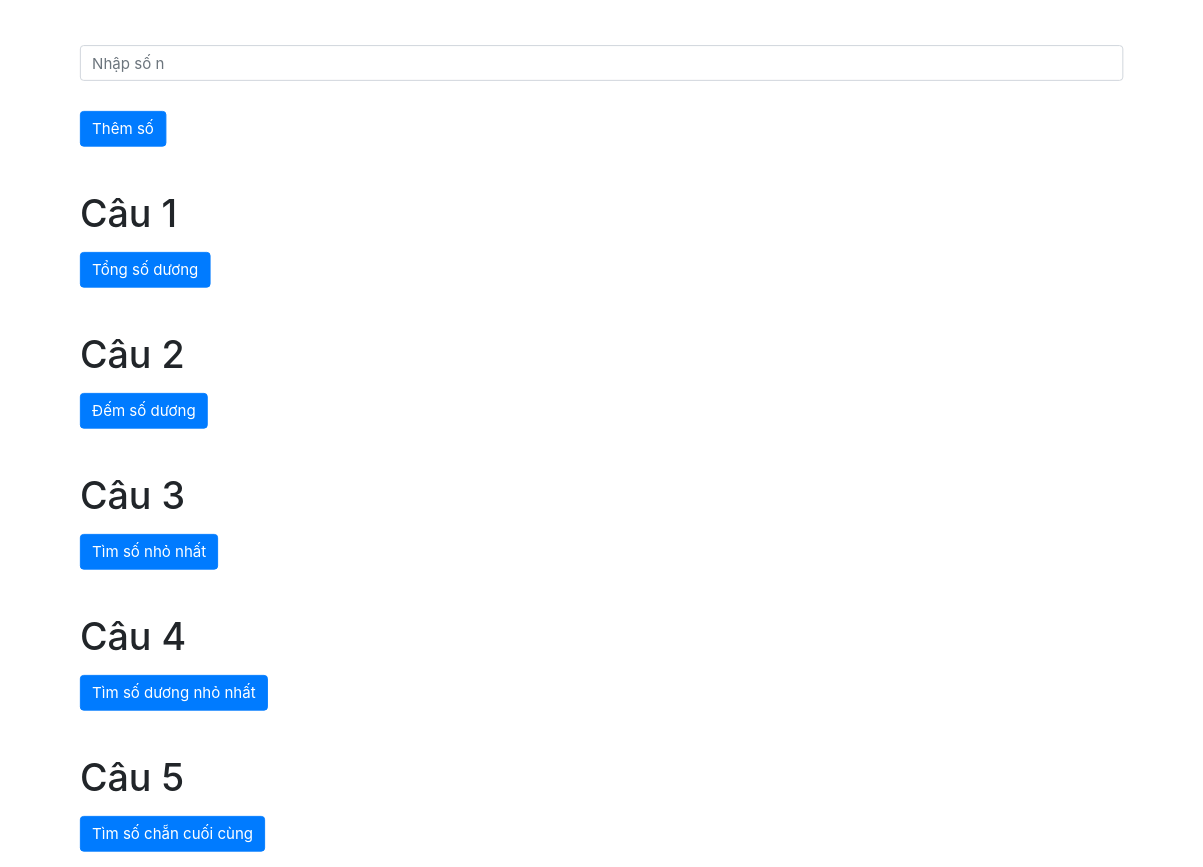
Repository: thanhfrankie/BC10-LeMinhThanh-Js-b7-8
Page: index.html
The author's editor kept a copy of each file at every save. The page is drawn from the files as they stood at one save, then again after the next save.
The browser window is 1280 px wide. The pictures show the whole page, at 94% of full size.

Above is the page before, as saved 2023-12-27 22:37:44.

### index.html
<!doctype html>
<html lang="en">
  <head>
    <title>Title</title>
    <!-- Required meta tags -->
    <meta charset="utf-8">
    <meta name="viewport" content="width=device-width, initial-scale=1, shrink-to-fit=no">

    <!-- Bootstrap CSS -->
    <link rel="stylesheet" href="https://cdn.jsdelivr.net/npm/bootstrap@4.6.2/dist/css/bootstrap.min.css" integrity="sha384-xOolHFLEh07PJGoPkLv1IbcEPTNtaed2xpHsD9ESMhqIYd0nLMwNLD69Npy4HI+N" crossorigin="anonymous">

  </head>
  <body>
    <div class="container mt-4">
        <div class="form-group">
            <label for="nhap-so-n"></label>
            <input
              type="number"
              class="form-control"
              name=""
              id="nhap-so-n"
              aria-describedby="helpId"
              placeholder="Nhập số n"
              required
            />
          </div>
        <button
        type="button"
        onclick="themSo()"
        class="btn btn-primary mt-3"
        id="ket-qua-tuyen-sinh"
      >
        Thêm số
      </button>
      <!-- Câu 1 -->
      <h1 class="mt-5">Câu 1</h1>
        <p class="mt-3">
            <button class="btn btn-primary" type="button" data-toggle="collapse" data-target="#cau1" aria-expanded="false"
                    aria-controls="contentId">
                Tổng số dương
            </button>
          </p>
          <div class="collapse" id="cau1">

            <div class="btn btn-danger" onclick="tinhTong()">Tính tổng</div>
            <h2 id="tong-so-duong"></h2>
          </div>
          <!-- Câu 2 -->
          <h1 class="mt-5">Câu 2</h1>
          <p class="mt-3">
              <button class="btn btn-primary" type="button" data-toggle="collapse" data-target="#cau2" aria-expanded="false"
                      aria-controls="contentId">
                  Đếm số dương
              </button>
            </p>
            <div class="collapse" id="cau2">

              <div class="btn btn-danger" onclick="demSoDuong()">Đếm số</div>
              <h2 id="dem-so-duong"></h2>
            </div>
        <!-- Câu 3 -->
        <h1 class="mt-5">Câu 3</h1>
        <p class="mt-3">
            <button class="btn btn-primary" type="button" data-toggle="collapse" data-target="#cau3" aria-expanded="false"
                    aria-controls="contentId">
                Tìm số nhỏ nhất
            </button>
          </p>
          <div class="collapse" id="cau3">

            <div class="btn btn-danger" onclick="soNhoNhat()">Tìm số nhỏ nhất</div>
            <h2 id="so-nho-nhat"></h2>
          </div>
          <!-- Câu 4 -->
          <h1 class="mt-5">Câu 4</h1>
        <p class="mt-3">
            <button class="btn btn-primary" type="button" data-toggle="collapse" data-target="#cau4" aria-expanded="false"
                    aria-controls="contentId">
                Tìm số dương nhỏ nhất
            </button>
          </p>
          <div class="collapse" id="cau4">

            <div class="btn btn-danger" onclick="soDuongNhoNhat()">Tìm số dương nhỏ nhất</div>
            <h2 id="so-duong-nho-nhat"></h2>
          </div>
             <!-- Câu 5 -->
             <h1 class="mt-5">Câu 5</h1>
             <p class="mt-3">
                 <button class="btn btn-primary" type="button" data-toggle="collapse" data-target="#cau5" aria-expanded="false"
                         aria-controls="contentId">
                         Tìm số chẵn cuối cùng
                 </button>
               </p>
               <div class="collapse" id="cau5">

                 <div class="btn btn-danger" onclick="soChanCuoiCung()">Tìm số chẵn cuối cùng</div>
                 <h2 id="so-chan-cuoi-cung"></h2>
               </div>
     </div>





    <!-- Optional JavaScript -->
    <!-- jQuery first, then Popper.js, then Bootstrap JS -->
    <script src="https://cdn.jsdelivr.net/npm/jquery@3.5.1/dist/jquery.slim.min.js" integrity="sha384-DfXdz2htPH0lsSSs5nCTpuj/zy4C+OGpamoFVy38MVBnE+IbbVYUew+OrCXaRkfj" crossorigin="anonymous"></script>
    <script src="https://cdn.jsdelivr.net/npm/popper.js@1.16.1/dist/umd/popper.min.js" integrity="sha384-9/reFTGAW83EW2RDu2S0VKaIzap3H66lZH81PoYlFhbGU+6BZp6G7niu735Sk7lN" crossorigin="anonymous"></script>
    <script src="https://cdn.jsdelivr.net/npm/bootstrap@4.6.2/dist/js/bootstrap.min.js" integrity="sha384-+sLIOodYLS7CIrQpBjl+C7nPvqq+FbNUBDunl/OZv93DB7Ln/533i8e/mZXLi/P+" crossorigin="anonymous"></script>

    <script src="./index.js"></script>
  </body>
</html>

### index.js
var daySo = []
function clearInput() {
document.getElementById("nhap-so-n").value =""

}
function themSo() {
    var soThemVao = document.getElementById("nhap-so-n").value *1
    daySo.push(soThemVao)
    console.log("🥶 - daySo:", daySo)
    clearInput()
}

// câu 1: Tổng số dương
function tinhTong() {
    var tongCacSoDuong = 0
    for (let i = 0; i < daySo.length; i++) {
        if (daySo[i] > 0) {
            tongCacSoDuong = tongCacSoDuong + daySo[i]
        }
    }
    var ketqua = document.getElementById("tong-so-duong")
    ketqua.innerHTML = `Tổng số dương: ${tongCacSoDuong}`
}
// Câu 2: Đếm số dương trong mảng
function demSoDuong() {
   var soSoDuong = 0
    for (let i = 0; i < daySo.length; i++) {
        if (daySo[i] > 0) {
            soSoDuong++
        }
    }
    var ketqua = document.getElementById("dem-so-duong")
    ketqua.innerHTML = `Số dương: ${soSoDuong}`
}
// Câu 3: Tìm số nhỏ nhất
function soNhoNhat() {
   var soNhoNhat = daySo[0]
    for (let i = 0; i < daySo.length; i++) {
        if (soNhoNhat > daySo[i]) {
            soNhoNhat = daySo[i]
        }
    }
    var ketqua = document.getElementById("so-nho-nhat")
    ketqua.innerHTML = `Số nhỏ nhất: ${soNhoNhat}`
}
// Câu 4: Tìm số dương nhỏ nhất
function soDuongNhoNhat() {
    var daySoDuong = []
    var soDuongNhoNhat = daySoDuong[0]

     for (let i = 0; i < daySo.length; i++) {
         if (daySo[i] > 0) {
            daySoDuong.push(daySo[i])
         }
    }
    var soDuongNhoNhat = daySoDuong[0]
    for (let j = 0; j < daySoDuong.length; j++) {
        if (soDuongNhoNhat > daySoDuong[j]) {
            soDuongNhoNhat = daySoDuong[j]
        }
    }
    var ketqua = document.getElementById("so-duong-nho-nhat")

    if (daySoDuong !== null) {
        ketqua.innerHTML = `Không có số dương nào trong mảng`
    } else {
        ketqua.innerHTML = `Số dương nhỏ nhất: ${soDuongNhoNhat}`
    }
}
// Câu 5: Tìm số chẵn cuối cùng
function soChanCuoiCung() {
    var soChanCuoiCung = 0
    for (let i = 0; i < daySo.length; i++) {
        if (daySo[i] % 2==0) {
            soChanCuoiCung = daySo[i]
        }
    }
    var ketqua = document.getElementById("so-chan-cuoi-cung")
    ketqua.innerHTML = `Tổng số dương: ${soChanCuoiCung}`
}
// Câu 6: Đổi chỗ
function doiCho() {
    var soChanCuoiCung = 0
    for (let i = 0; i < daySo.length; i++) {
        if (daySo[i] % 2==0) {
            soChanCuoiCung = daySo[i]
        }
    }
    var ketqua = document.getElementById("so-chan-cuoi-cung")
    ketqua.innerHTML = `Tổng số dương: ${soChanCuoiCung}`
}

After the next save:
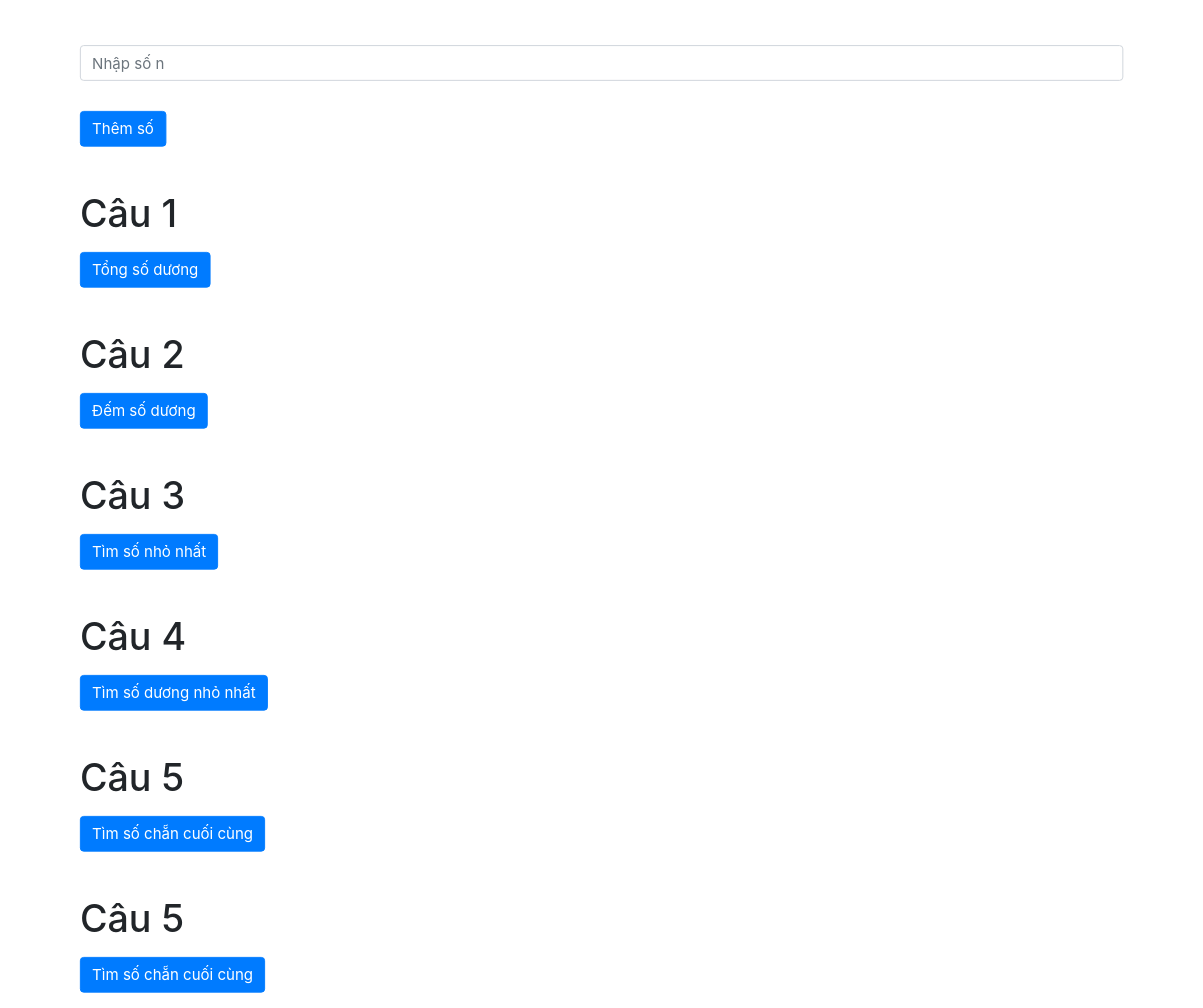
Saved 5 s later.
--- a/index.html
+++ b/index.html
@@ -97,6 +97,19 @@
                  <div class="btn btn-danger" onclick="soChanCuoiCung()">Tìm số chẵn cuối cùng</div>
                  <h2 id="so-chan-cuoi-cung"></h2>
                </div>
+             <!-- Câu 5 -->
+             <h1 class="mt-5">Câu 5</h1>
+             <p class="mt-3">
+                 <button class="btn btn-primary" type="button" data-toggle="collapse" data-target="#cau5" aria-expanded="false"
+                         aria-controls="contentId">
+                         Tìm số chẵn cuối cùng
+                 </button>
+               </p>
+               <div class="collapse" id="cau5">
+
+                 <div class="btn btn-danger" onclick="soChanCuoiCung()">Tìm số chẵn cuối cùng</div>
+                 <h2 id="so-chan-cuoi-cung"></h2>
+               </div>
      </div>
 
 
